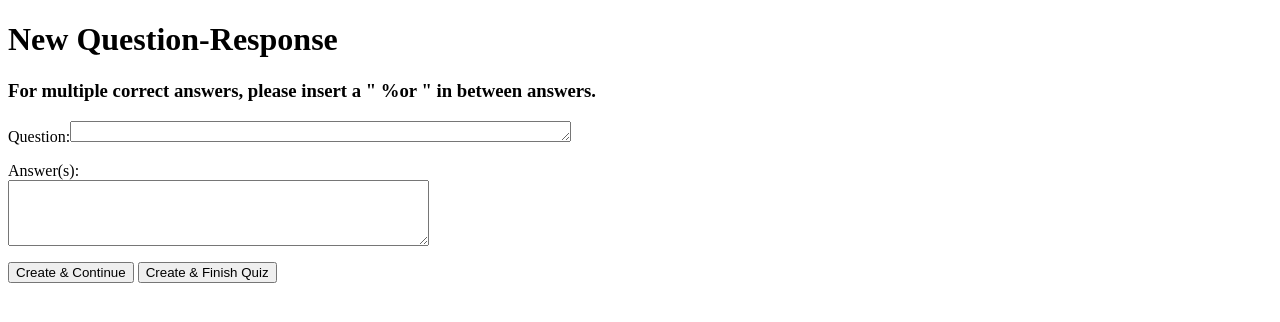
Repository: sarahhtn/CS108_final_project
Page: QuizWebsite/WebContent/CreateQR.html
An editor plug-in stored every save of this project. The page is shown before and after the next save, followed by the edit.
The browser window is 1280 px wide. The pictures show the whole page.

Above is the page before, as saved 2013-11-16 21:44:31.

After the next save:
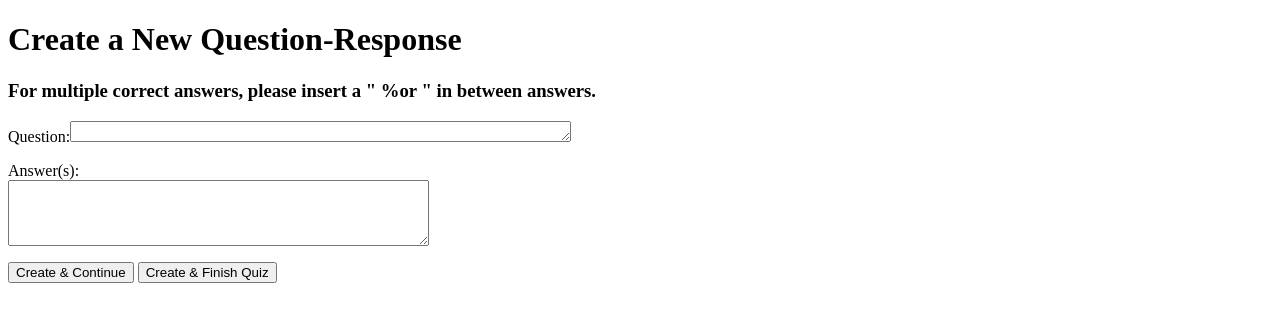
Saved 42 s later.
--- a/QuizWebsite/WebContent/CreateQR.html
+++ b/QuizWebsite/WebContent/CreateQR.html
@@ -2,10 +2,10 @@
 <html>
 <head>
 <meta http-equiv="Content-Type" content="text/html; charset=UTF-8">
-<title>Create a New Question-Response</title>
+<title>New Question-Response Question</title>
 </head>
 <body>
-<h1>New Question-Response</h1>
+<h1>Create a New Question-Response</h1>
 <h3>For multiple correct answers, please insert a " %or " in between answers.</h3>
 
 <form action="QRServlet" method="post">
